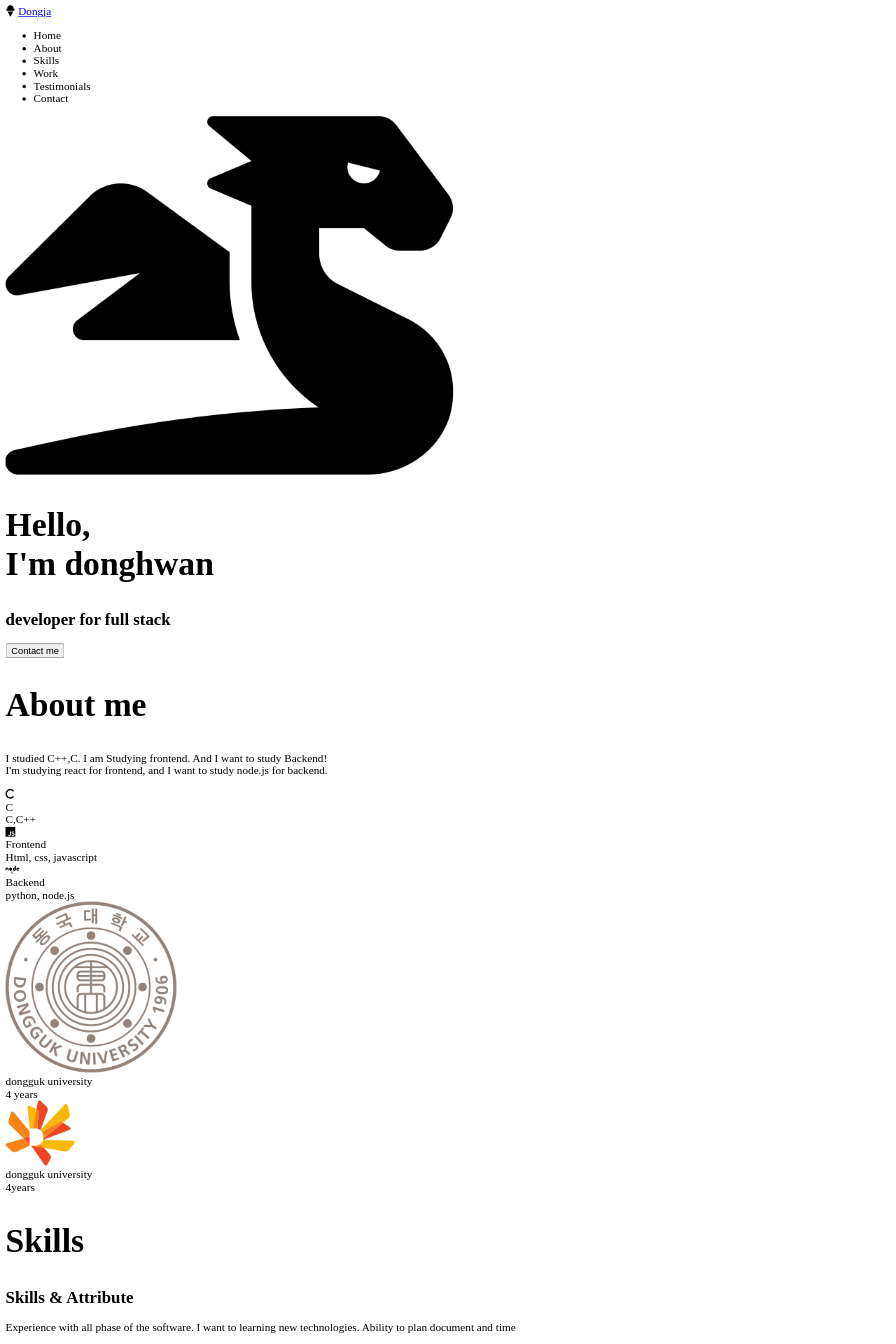
Repository: DongjaJ/portfolio
Page: index.html
An editor plug-in stored every save of this project. The page is shown before and after the next save, followed by the edit.
The browser window is 1280 px wide. The pictures show the part of the page from y = 0 to 1920 px (the page is 4643 px tall before and 4842 px after), at 70% of full size.
Some web libraries are served in a nearby version.

Above is the page before, as saved 2022-05-18 21:44:04.

### index.html
<!DOCTYPE html>
<html lang="en">
<head>
	<meta charset="UTF-8">
	<meta http-equiv="X-UA-Compatible" content="IE=edge">
	<meta name="viewport" content="width=device-width, initial-scale=1.0">
	<title>Dongja's Portfolio</title>
	<meta name ="description" content= "Portfolio for Dongja">
	<meta name ="author" content= "Dongja">
	<link rel="icon" type ="image/png" href="imgs/favicon.png"/>
	<script
		src="https://kit.fontawesome.com/4d499a68c2.js"
		crossorigin="anonymous"
	></script>
	<link rel="preconnect" href="https://fonts.googleapis.com">
	<link rel="preconnect" href="https://fonts.gstatic.com" crossorigin>
	<link href="https://fonts.googleapis.com/css2?family=Open+Sans:ital,wght@0,400;1,600;1,700&display=swap" rel="stylesheet">
	<link rel = "stylesheet" href="style.css"/>
	<script src ="main.js" defer></script>
</head>
<body>
	<!-- Navbar -->
	<nav id="navbar">
		<div class="navbar__logo">
			<i class="fa-solid fa-ice-cream"></i>
			<a href="#">Dongja</a>
		</div>
		<ul class="navbar__menu">
			<li class="navbar__menu__item">Home</li>
			<li class="navbar__menu__item">About</li>
			<li class="navbar__menu__item">Skills</li>
			<li class="navbar__menu__item">Work</li>
			<li class="navbar__menu__item">Testimonials</li>
			<li class="navbar__menu__item">Contact</li>
		</ul>
	</nav>
	<!-- Home -->
	<section id="home">
		<img src="imgs/dragon-solid.png"
			alt="dongja's profile photo"
			class="home__avatar"/>
		<h1 class="home__title">Hello, <br/>I'm donghwan</h1>
		<h2 class="home__description">developer for full stack</h2>
		<button class="home__contact">Contact me</button>
	</section>
	<!-- About -->
	<section id="about">
		<h1>About me</h1>
		<p>I studied C++,C. I am Studying frontend.
			And I want to study Backend!<br/>
			I'm studying react for frontend,
			and I want to study node.js for backend.
		</p>
		<div class="about__major">
			<div class="major">
				<div class="major__icon">
					<i class="fa-solid fa-c"></i>
				</div>
				<div class="major__title">C</div>
				<div class="__major__description">C,C++</div>
			</div>
			<div class="major">
				<div class="major__icon">
					<i class="fa-brands fa-js"></i>
				</div>
				<div class="major__title">Frontend</div>
				<div class="__major__description">Html, css, javascript</div>
			</div>
			<div class="major">
				<div class="major__icon">
					<i class="fa-brands fa-node"></i>
				</div>
				<div class="major__title">Backend</div>
				<div class="__major__description">python, node.js</div>
			</div>
		</div>
		<div class="about__school">
			<div class="school">
				<img src="/imgs/school.png" alt="logo-dongguk university" class="school__logo">
				<div class="school_name">dongguk university</div>
				<div class="school_period">4 years</div>
			</div>
		</div>
		<div class="about__school">
			<div class="school">
				<img src="/imgs/flower.png" alt="logo-dongguk university" class="school__logo">
				<div class="school_name">dongguk university</div>
				<div class="school_period">4years</div>
			</div>
		</div>
	</section>
	<!-- Skills -->
	<section id="skills">
		<h1>Skills</h1>
		<h2>Skills & Attribute</h2>
		<p>
			Experience with all phase of the software. I want to learning
			new technologies. Ability to plan document and time
		</p>
		<div class="skillset">
			<div class="skillset_left">
				<h3 class="skillset_title">Skills</h3>
				<div class="skill">
					<div class="skill_description">
						<span>HTML</span>
						<span>50%</span>
					</div>
					<div class="skill_bar">
						<div class="skill_value"></div>
					</div>
				</div>
				<div class="skill">
					<div class="skill_description">
						<span>Pythom</span>
						<span>50%</span>
					</div>
					<div class="skill_bar">
						<div class="skill_value"></div>
					</div>
				</div>
				<div class="skill">
					<div class="skill_description">
						<span>CSS</span>
						<span>50%</span>
					</div>
					<div class="skill_bar">
						<div class="skill_value"></div>
					</div>
				</div>
				<div class="skill">
					<div class="skill_description">
						<span>Javascript</span>
						<span>50%</span>
					</div>
					<div class="skill_bar">
						<div class="skill_value"></div>
					</div>
				</div>
			</div>
			<div class="skillset_right">
				<div class="tools">
					<h3 class="skillset_title">tools</h3>
					<ul class="tools__list">
						<li><span>Visual Studio Code</span></li>
						<li><span>Vim</span></li>
						<li><span>Juypter notebook</span></li>
					</ul>
				</div>
				<div class="etc">
					<h3 class="skillset_title">etc</h3>
					<ul class="ec__list">
						<li><span>Git</span></li>
						<li><span>Slack</span></li>
						<li><span>Notion</span></li>
					</ul>
				</div>
			</div>
		</div>
	</section>
	<!-- Work -->
	<section id="work">
		<h1>My work</h1>
		<h3>Projects</h3>
		<div class="work__categories">
			<button class="category__btn">All<span class="category__count">4</span></button>
			<button class="category__btn">school<span class="category__count">2</span></button>
			<button class="category__btn">etc<span class="category__count">2</span></button>
		</div>
		<div class="work__projects">
			<a
			href="https://github.com/DongjaJ"
			class="project"
			target="blank"
			>
			<img src="imgs/navbar-200518-191508.webp" alt="" class="project__img">
			<div class="project__description">
				<h3>Sample site</h3>
				<span>Clone coding with portfolio</span>
			</div>
		</a>
		<a
		href="https://github.com/DongjaJ"
		class="project"
		target="blank"
		>
		<img src="imgs/navbar-200518-191508.webp" alt="" class="project__img">
		<div class="project__description">
			<h3>Sample site</h3>
			<span>Clone coding with portfolio</span>
		</div>
		</a>
		<a
	href="https://github.com/DongjaJ"
	class="project"
	target="blank"
	>
	<img src="imgs/navbar-200518-191508.webp" alt="" class="project__img">
	<div class="project__description">
		<h3>Sample site</h3>
		<span>Clone coding with portfolio</span>
	</div>
		</a>
		<a
href="https://github.com/DongjaJ"
class="project"
target="blank"
>
<img src="imgs/navbar-200518-191508.webp" alt="" class="project__img">
<div class="project__description">
	<h3>Sample site</h3>
	<span>Clone coding with portfolio</span>
</div>
		</a>
		</div>
	</section>
	<!-- Testimonials -->
	<section id="testimonials"></section>
	<h1>Testimonials</h1>
	<h3>See what they say about me</h3>
	<div class="testimonials">
		<div class="testimonial">
			<img
			src="imgs/people1-200515-154332.webp"
			alt="People"
			class="testimonial__avatar"
			>
			<div class="testimonial__speech-bubble">
				<p>Lorem ipsum dolor sit amet consectetur adipisicing elit. Impedit eum aspernatur, dolore animi dolor ipsam laudantium ab labore magnam distinctio doloribus possimus quis ea ipsa? Molestias corrupti quam deleniti perferendis!</p>
				<p class="name"><a href="">Dongja</a>/DGU</p>
			</div>
		</div>
		<div class="testimonial">
			<img
			src="imgs/people1-200515-154332.webp"
			alt="People"
			class="testimonial__avatar"
			>
			<div class="testimonial__speech-bubble">
				<p>Lorem ipsum dolor sit amet consectetur adipisicing elit. Impedit eum aspernatur, dolore animi dolor ipsam laudantium ab labore magnam distinctio doloribus possimus quis ea ipsa? Molestias corrupti quam deleniti perferendis!</p>
				<p class="name"><a href="">Dongja</a>/DGU</p>
			</div>
		</div>
	</div>
	<!-- Contact -->
	<section id="contact">
		<h1 class="contact__title">Let's talk</h1>
		<h2 class="class__email">jdh981118@naver.com</h2>
		<div class="contact__links">
			<a href="https://github.com/DongjaJ">
				<i class="fa-brands fa-github"></i>
			</a>
			<p class="contact__rights">
				2022 Dongja - All rights reserved
			</p>
		</div>
	</section>
</body>
</html>

### style.css
/* Global */
:root{
	/* Color */
	--color-white: #ffffff;
	--color-light-white: #eeeeee;
	--color-dark-white: #bdbdbd;
	--color-pink: #fe918d;
	--color-dark-pink: #ff6863;
	--color-dark-grey: #4d4d4d;
	--color-grey: #616161;
	--color-light-grey: #7c7979;
	--color-blue: #73aace;
	--color-yellow: #fff7d1;
	--color-orange: #feb546;
	--color-black: #000000;
	/* Font size */
	--font-large: 48px;
	--font-medium: 28px;
	--font-regular: 18px;
	--font-small: 16px;
	--font-micro: 14px;
	/* Font weight */
	--weight-bold: 700;
	--weight-semi-bold:600;
	--weight-regular:400;

	/* Size */

}

/* Universal tags */
*{
	box-sizing: border-box;
}

/* Typography */
h1 {
	font-size: var(--font-large);
	font-weight: var(--weight-bold);
	color: var(--color-black);

}

Loaded but not shown: main.js (no stored copy; drawn as an empty file)

After the next save:
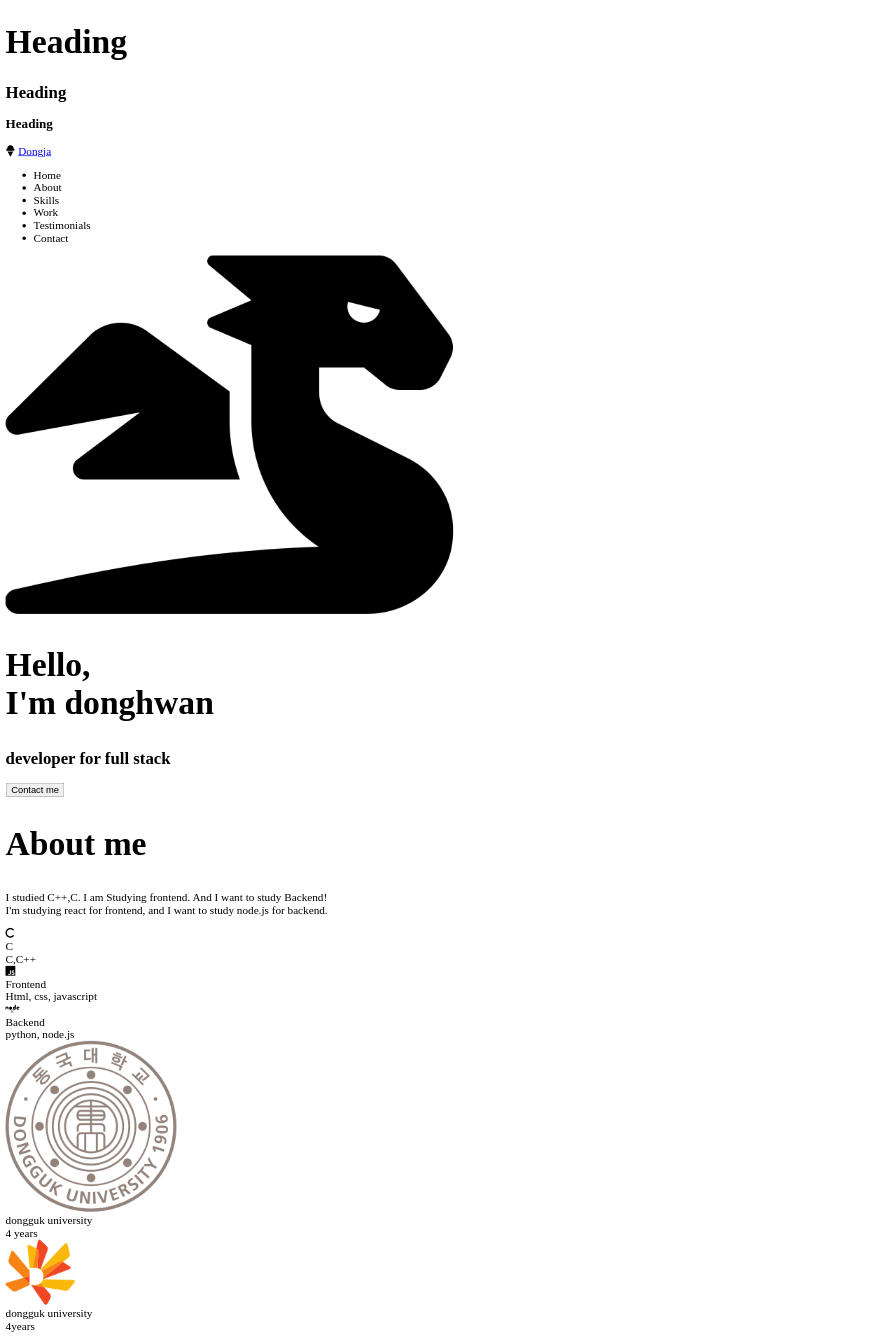
Saved 3 s later.
--- a/index.html
+++ b/index.html
@@ -19,6 +19,11 @@
 	<script src ="main.js" defer></script>
 </head>
 <body>
+
+	<h1>Heading</h1>
+	<h2>Heading</h2>
+	<h3>Heading</h3>
+
 	<!-- Navbar -->
 	<nav id="navbar">
 		<div class="navbar__logo">

After the save that followed:
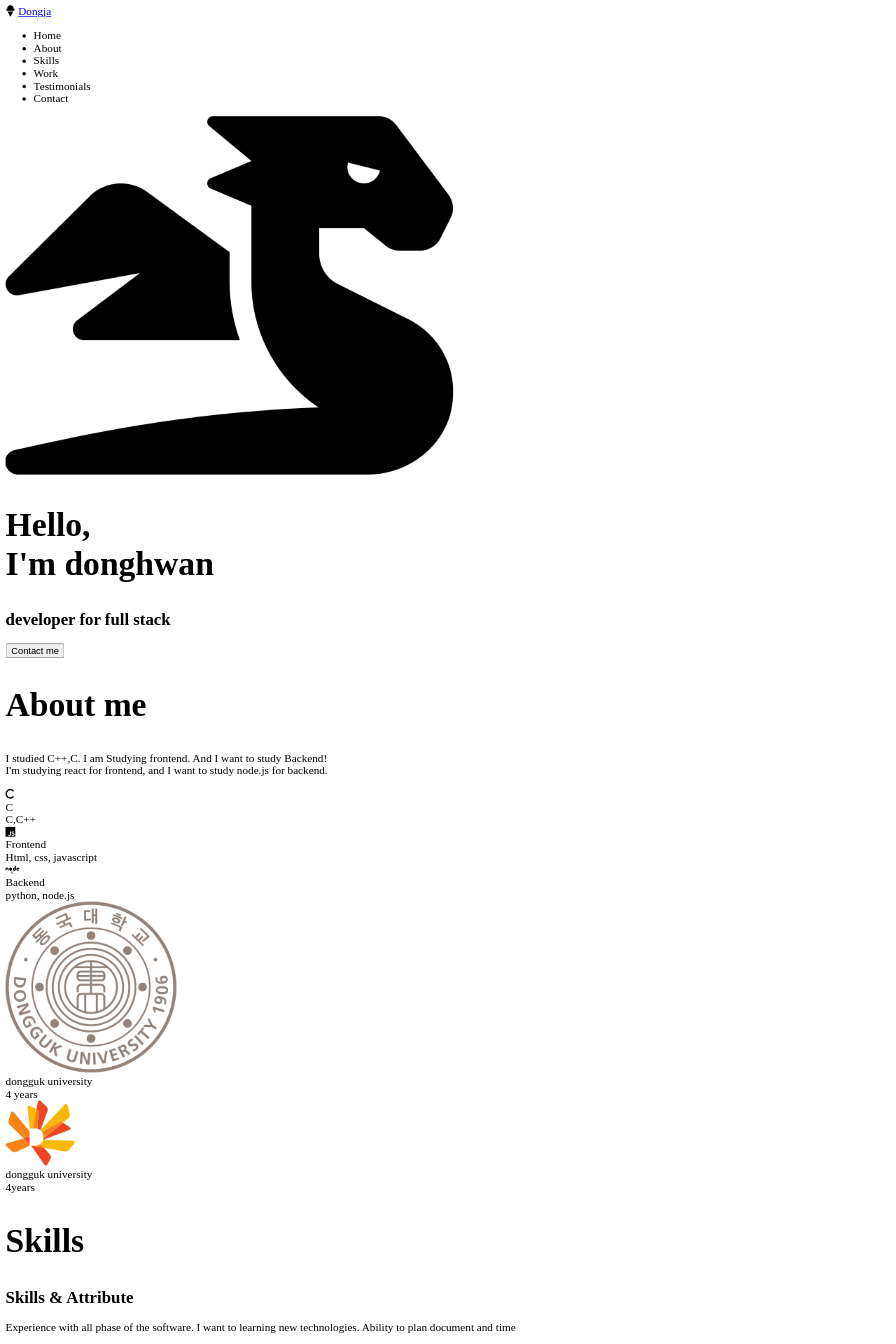
Saved 6 min 33 s later.
--- a/index.html
+++ b/index.html
@@ -19,11 +19,6 @@
 	<script src ="main.js" defer></script>
 </head>
 <body>
-
-	<h1>Heading</h1>
-	<h2>Heading</h2>
-	<h3>Heading</h3>
-
 	<!-- Navbar -->
 	<nav id="navbar">
 		<div class="navbar__logo">
